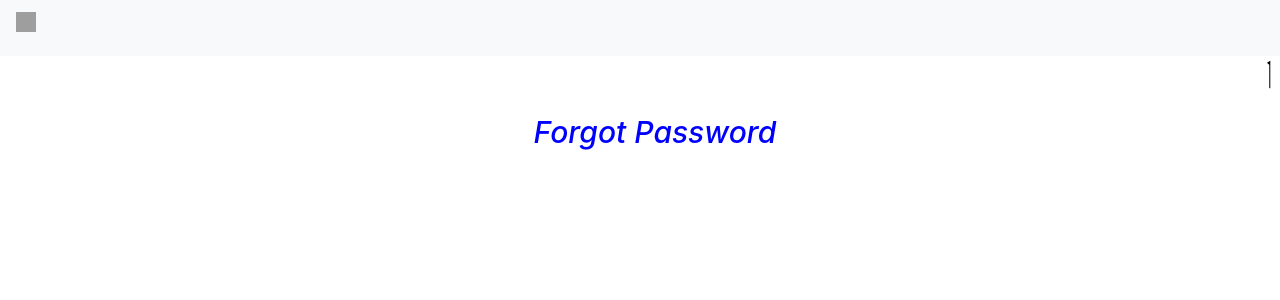
Repository: siri548/Karyakartha
Page: forgotPage.html
The author's editor kept a copy of each file at every save. The page is drawn from the files as they stood at one save, then again after a run of saves.
The browser window is 1280 px wide. The pictures show the whole page.
Pictures or frames that could not be fetched are drawn as grey boxes.

Above is the page before, as saved 2023-11-04 15:45:36.
Console error (its wording comes from the project's code and is left out).

### forgotPage.html
<!DOCTYPE html>
<html lang="en">

<head>
    <meta charset="UTF-8">
    <meta name="viewport" content="width=device-width, initial-scale=1.0">
    <link rel="stylesheet" href="https://cdn.jsdelivr.net/npm/bootstrap@4.6.2/dist/css/bootstrap.min.css" integrity="sha384-xOolHFLEh07PJGoPkLv1IbcEPTNtaed2xpHsD9ESMhqIYd0nLMwNLD69Npy4HI+N" crossorigin="anonymous">
    <script src="https://cdn.jsdelivr.net/npm/bootstrap@4.6.2/dist/js/bootstrap.bundle.min.js" integrity="sha384-Fy6S3B9q64WdZWQUiU+q4/2Lc9npb8tCaSX9FK7E8HnRr0Jz8D6OP9dO5Vg3Q9ct" crossorigin="anonymous"></script>
    <script src="https://cdn.jsdelivr.net/npm/jquery@3.5.1/dist/jquery.slim.min.js" integrity="sha384-DfXdz2htPH0lsSSs5nCTpuj/zy4C+OGpamoFVy38MVBnE+IbbVYUew+OrCXaRkfj" crossorigin="anonymous"></script>
    <script src="https://cdn.jsdelivr.net/npm/popper.js@1.16.1/dist/umd/popper.min.js" integrity="sha384-9/reFTGAW83EW2RDu2S0VKaIzap3H66lZH81PoYlFhbGU+6BZp6G7niu735Sk7lN" crossorigin="anonymous"></script>
    <link rel="stylesheet" href="https://cdnjs.cloudflare.com/ajax/libs/font-awesome/6.4.0/css/all.min.css">


    <link rel="stylesheet" text="css/text" href="forgotPage.css">
</head>

<body>
    <div class="bg-forgotPage">
        <nav class="navbar navbar-expand-lg navbar-light bg-light">
            <div class="" d-fl <a class="navbar-brand" href="#">
                <i class="outer-icon bi bi-search"></i>
                <img src="D:\icons\trend.png" class="inner-icon" />
                <button class="navbar-toggler" type="button " data-toggle="collapse " data-target="#navbarNavAltMarkup " aria-controls="navbarNavAltMarkup " aria-expanded="false " aria-label="Toggle navigation ">
    <span   class = "navbar-toggler-icon "></span>
            </button>
                <div class="collapse navbar-collapse " id="navbarNavAltMarkup ">
                    <div class="navbar-nav ml-auto ">
                        <a class="nav-link active " href="# ">
                            <span class="sr-only "></span>
                        </a>
                        <a class="nav-link " href="# "></a>
                        <a class="nav-link " href="# "></a>
                        <a class="nav-link " href="# "></a>
                    </div>
                </div>
        </nav>
        <div class="text-center forgotPage-card">
            <div class="text-right">
                <i class="forgotPage-closeIcon fal fa-times"></i>
            </div>

            <h1 class="forgotHeading">Forgot Password</h1>
        </div>
        </div>



</body>

</html>

### forgotPage.css
.bg-forgotpage {
    background-color: lightgrey;
}

.outer-icon {
    color: blue;
    width: 20px;
    height: 20px;
    background-size: cover;
}

.inner-icon {
    color: blue;
    font-size: 20px;
    width: 20px;
    height: 20px;
}

.forgotPage-card {
    background-color: white;
    border-color: blue;
    border-top: 0px;
    border-right-width: 2px;
    border-left-width: 1px;
    border-bottom-width: 1px;
}

.forgotPage-closeIcon {
    color: black;
    font-size: 25px;
    padding-right: 10px;
}

.forgotHeading {
    color: blue;
    font-size: 30px;
    padding-left: 30px;
    padding-top: 20px;
    font-style: italic;
}

After the next 2 saves:
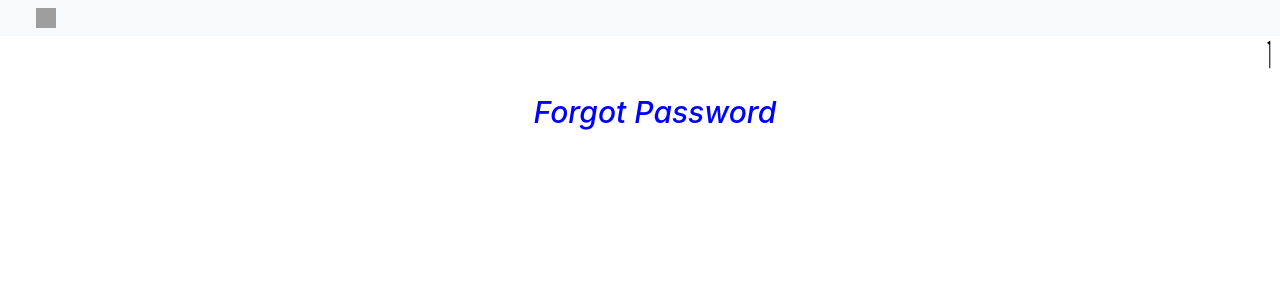
The 2 saves are shown as one change because they came seconds apart.
The last was saved 8 s later.
--- a/forgotPage.html
+++ b/forgotPage.html
@@ -17,10 +17,10 @@
 <body>
     <div class="bg-forgotPage">
         <nav class="navbar navbar-expand-lg navbar-light bg-light">
-            <div class="" d-fl <a class="navbar-brand" href="#">
-                <i class="outer-icon bi bi-search"></i>
-                <img src="D:\icons\trend.png" class="inner-icon" />
-                <button class="navbar-toggler" type="button " data-toggle="collapse " data-target="#navbarNavAltMarkup " aria-controls="navbarNavAltMarkup " aria-expanded="false " aria-label="Toggle navigation ">
+            <div class="d-flex flex-row <a class=" navbar-brand " href="# ">
+                <i class="outer-icon bi bi-search "></i>
+                <img src="D:\icons\trend.png " class="inner-icon " />
+                <button class="navbar-toggler " type="button " data-toggle="collapse " data-target="#navbarNavAltMarkup " aria-controls="navbarNavAltMarkup " aria-expanded="false " aria-label="Toggle navigation ">
     <span   class = "navbar-toggler-icon "></span>
             </button>
                 <div class="collapse navbar-collapse " id="navbarNavAltMarkup ">
@@ -34,12 +34,12 @@
                     </div>
                 </div>
         </nav>
-        <div class="text-center forgotPage-card">
-            <div class="text-right">
-                <i class="forgotPage-closeIcon fal fa-times"></i>
+        <div class="text-center forgotPage-card ">
+            <div class="text-right ">
+                <i class="forgotPage-closeIcon fal fa-times "></i>
             </div>
 
-            <h1 class="forgotHeading">Forgot Password</h1>
+            <h1 class="forgotHeading ">Forgot Password</h1>
         </div>
         </div>
 
